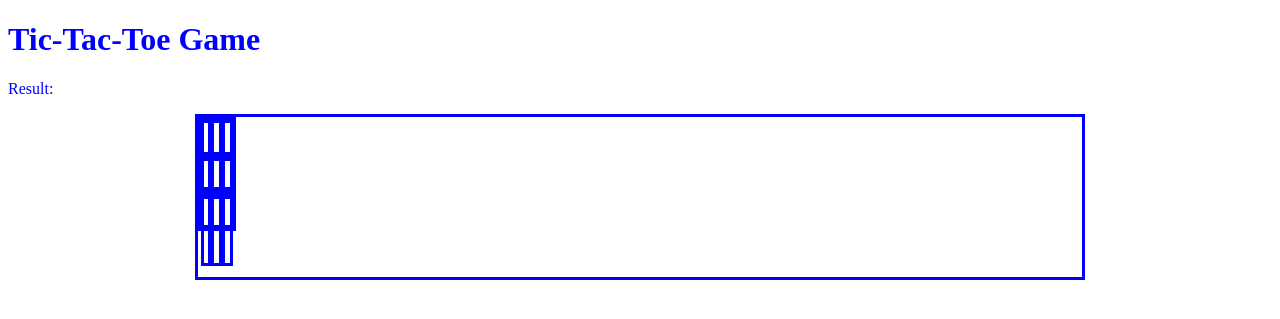
Repository: 0101chaitanya/Tic-Tac-Toe
Page: index.html
An editor plug-in stored every save of this project. The page is shown before and after a run of saves, followed by the edit.
The browser window is 1280 px wide. The pictures show the whole page.

Above is the page before, as saved 2021-06-09 17:09:23.

After the next 2 saves:
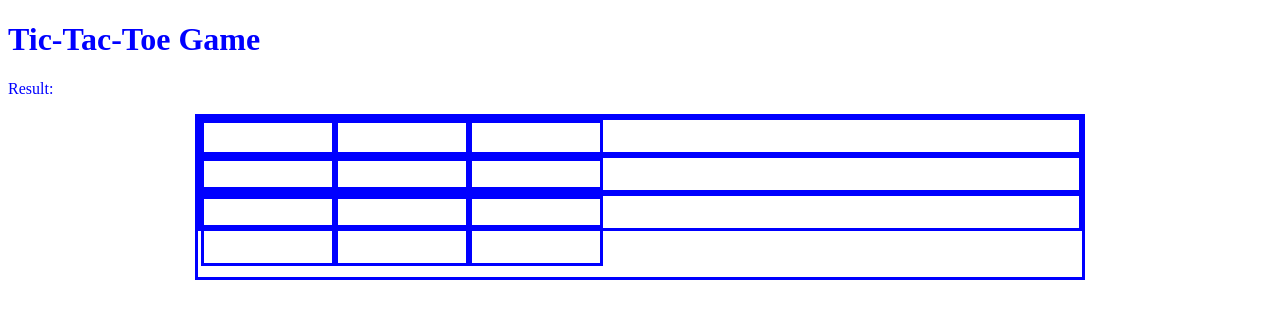
The 2 saves are shown as one change because they came seconds apart.
The last was saved 7 s later.
--- a/styles.css
+++ b/styles.css
@@ -12,7 +12,7 @@ margin:auto;
 #gameSquare>div:nth-child(n){
     border-style: solid;
     display:flex;
-    width:2rem;
+    width:auto;
     height:2rem;
 
 }
